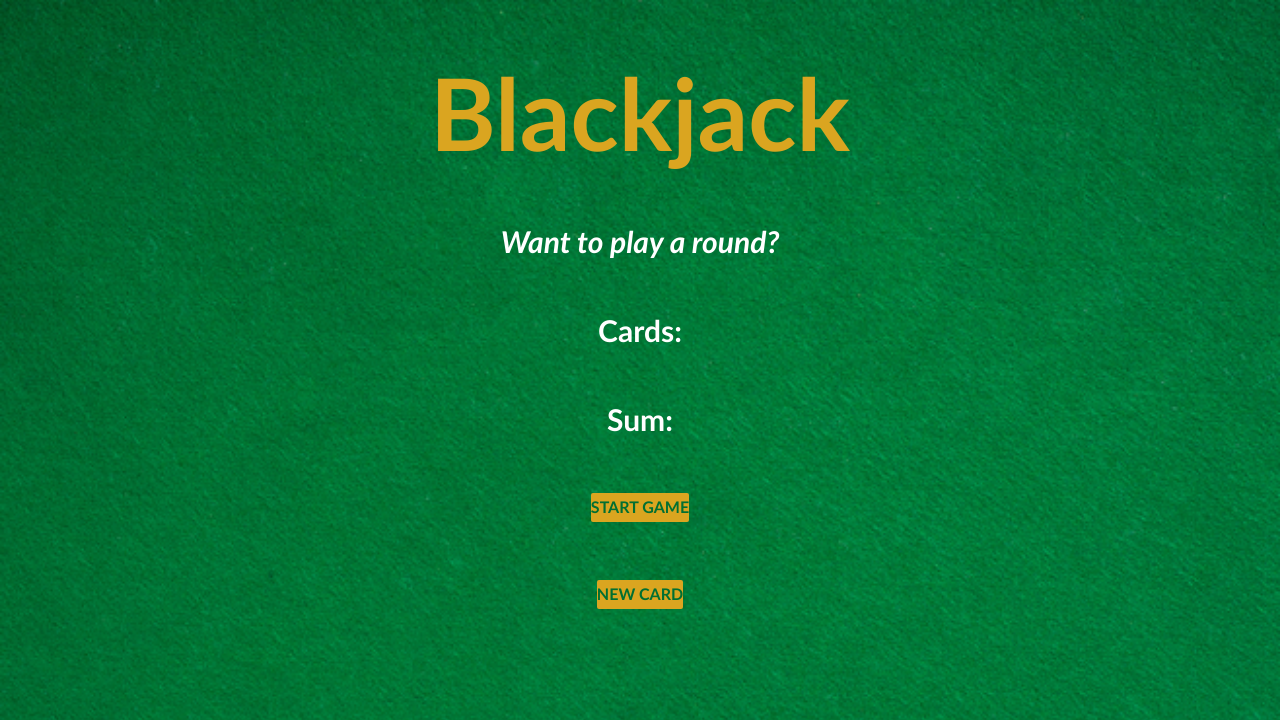
Repository: raghhavv03/javascript-practice
Page: task-5/index.html
These files come from the project's save history. The page is drawn as it stood at one moment and after the next save; the edit follows.
The browser window is 1280 px wide. The pictures show the whole page.

Above is the page before, as saved 2026-02-09 20:51:36.

### task-5/index.html
<!DOCTYPE html>
<html>
    <head>
        <link rel="stylesheet" href="https://cdnjs.cloudflare.com/ajax/libs/normalize/8.0.1/normalize.css">
        <link rel="stylesheet" href="./style.css">
        <script src="./index.js" defer></script>
        <title>Task 5</title>
    </head>
    <body>
        <p id="heading">Blackjack</p>

        <p id="message-el">Want to play a round?</p>
        <p id="cards-el">Cards:</p>
        <p id="sum-el">Sum:</p>

        <button onclick="startGame()">START GAME</button>
        <button onclick="newCard()">NEW CARD</button>

        <p id="player-el"></p>
    </body>
</html>

### task-5/style.css
* {
    margin: 0;
    padding: 0;
    box-sizing: border-box;
}

body {
    font-family: 'Trebuchet MS', 'Lucida Sans Unicode', 'Lucida Grande', Arial, sans-serif;
    background-image: url("images/table.png");
    background-size: cover;
    font-weight: bold;
    color: white;
    display: flex;
    flex-direction: column;
    justify-content: space-evenly;
    align-items: center;
    height: 100vh;
}

#heading {
    font-size: 100px;
    color: goldenrod;
}

#message-el {
    font-size: 30px;
    font-style: italic;
}

#cards-el, #sum-el {
    font-size: 30px;
}

button {
    color: #016f32;
    background: goldenrod;
    padding-top: 5px;
    padding-bottom: 5px;
    font-weight: bold;
    border: none;
    border-radius: 2px;
    margin-bottom: 2px;
    margin-top: 2px;
}

#player-el {
    font-size: 30px;
}

### task-5/index.js
const cards = [
  { img: "./images/card-a.png", value: 11 },
  { img: "./images/card-2.png", value: 2 },
  { img: "./images/card-3.png", value: 3 },
  { img: "./images/card-4.png", value: 4 },
  { img: "./images/card-5.png", value: 5 },
  { img: "./images/card-6.png", value: 6 },
  { img: "./images/card-7.png", value: 7 },
  { img: "./images/card-8.png", value: 8 },
  { img: "./images/card-9.png", value: 9 },
  { img: "./images/card-10.png", value: 10 },
  { img: "./images/card-j.png", value: 10 },
  { img: "./images/card-q.png", value: 10 },
  { img: "./images/card-k.png", value: 10 }
]

After the next save:
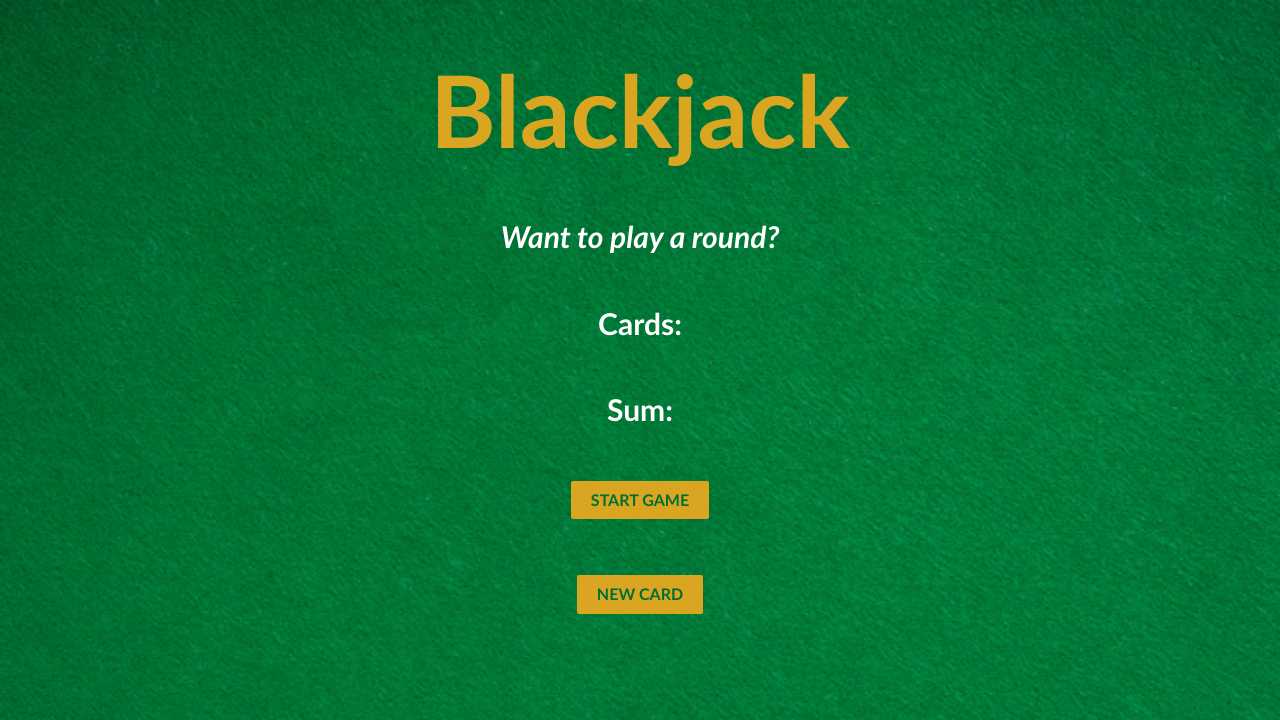
Saved 17 s later.
--- a/task-5/style.css
+++ b/task-5/style.css
@@ -34,8 +34,7 @@ body {
 button {
     color: #016f32;
     background: goldenrod;
-    padding-top: 5px;
-    padding-bottom: 5px;
+    padding: 10px 20px;
     font-weight: bold;
     border: none;
     border-radius: 2px;
